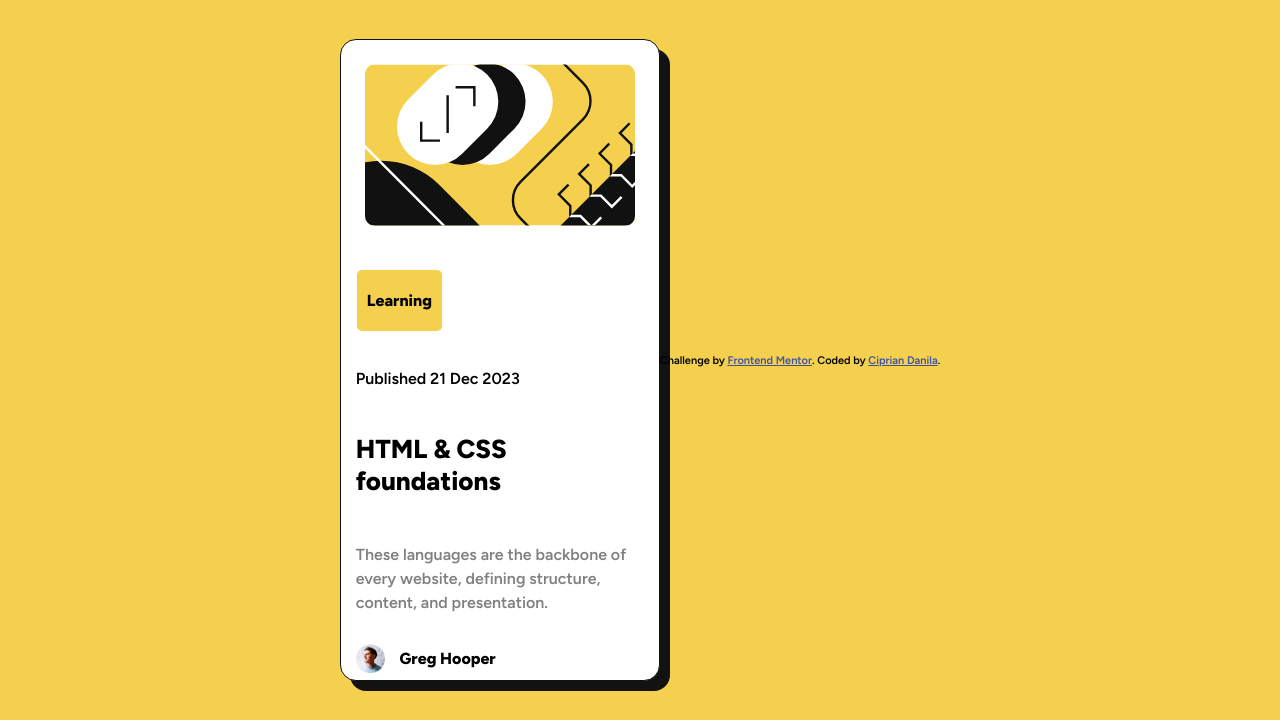
Repository: cipdanila/blog-preview-card
Page: index.html
An editor plug-in stored every save of this project. The page is shown before and after the next save, followed by the edit.
The browser window is 1280 px wide. The pictures show the whole page.

Above is the page before, as saved 2024-01-28 13:57:37.

After the next save:
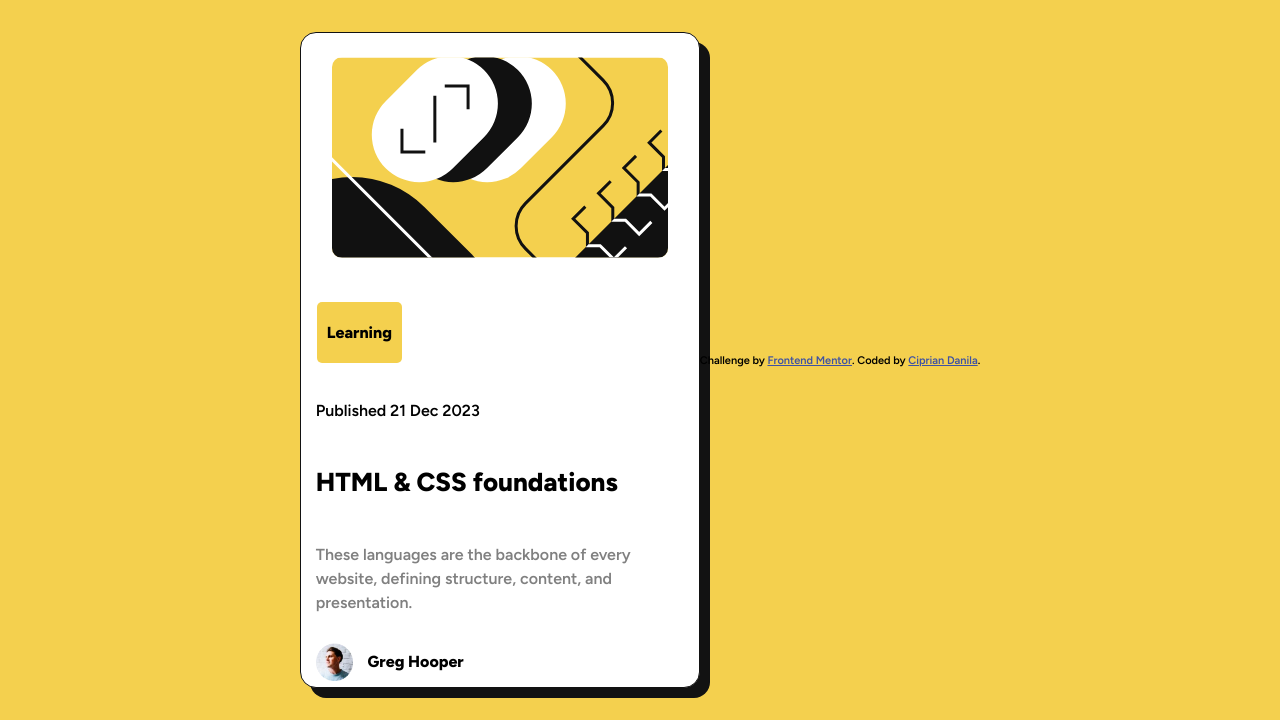
Saved 54 s later.
--- a/style.css
+++ b/style.css
@@ -29,7 +29,7 @@
 }
 
 .card {
-    width: 20rem;
+    width: 25rem;
     border-radius: 1rem;
     border: 1px solid var(--black);
     box-shadow: 10px 10px var(--black);

After the save that followed:
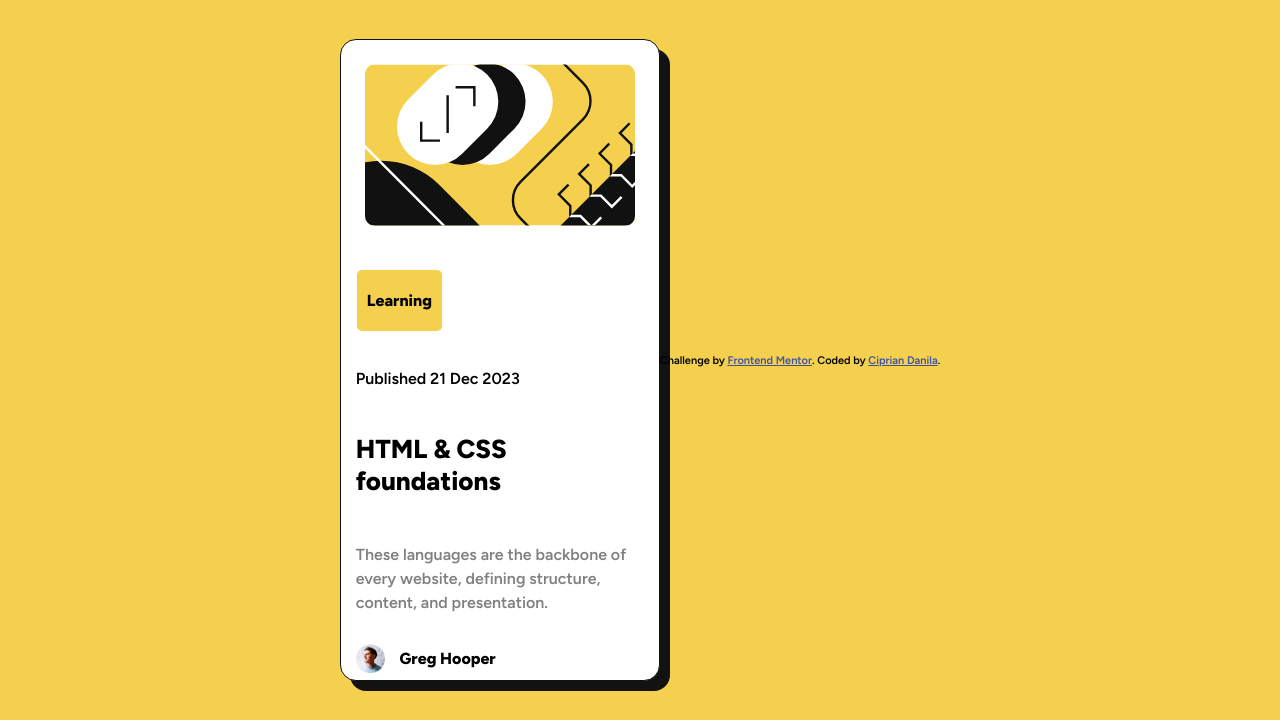
Saved 10 s later.
--- a/style.css
+++ b/style.css
@@ -29,7 +29,7 @@
 }
 
 .card {
-    width: 25rem;
+    width: 20rem;
     border-radius: 1rem;
     border: 1px solid var(--black);
     box-shadow: 10px 10px var(--black);
